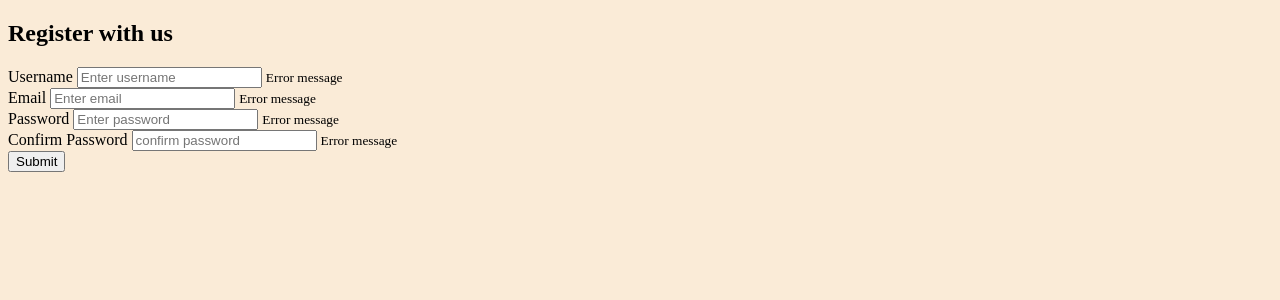
Repository: Azariagmt/Vanilla-javascript
Page: Form-Validator/index.html
An editor plug-in stored every save of this project. The page is shown before and after the next save, followed by the edit.
The browser window is 1280 px wide. The pictures show the whole page.

Above is the page before, as saved 2020-04-18 19:31:04.

### Form-Validator/index.html
<!DOCTYPE html>
<!--[if lt IE 7]>      <html class="no-js lt-ie9 lt-ie8 lt-ie7"> <![endif]-->
<!--[if IE 7]>         <html class="no-js lt-ie9 lt-ie8"> <![endif]-->
<!--[if IE 8]>         <html class="no-js lt-ie9"> <![endif]-->
<!--[if gt IE 8]><!--> <html class="no-js"> <!--<![endif]-->
    <head>
        <meta charset="utf-8">
        <meta http-equiv="X-UA-Compatible" content="IE=edge">
        <title>Form Validator</title>
        <meta name="description" content="">
        <meta name="viewport" content="width=device-width, initial-scale=1">
        <link rel="stylesheet" href="style.css">
    </head>
    <body>
        <!--[if lt IE 7]>
            <p class="browsehappy">You are using an <strong>outdated</strong> browser. Please <a href="#">upgrade your browser</a> to improve your experience.</p>
        <![endif]-->

        <div class="container">
            <form action="" id="form" class="form">
                <h2> Register with us   </h2>
                <div class="form-control">
                    <label for="username">Username</label>
                    <input type="text" id="username" placeholder="Enter username">
                    <small> Error message</small>
                </div>
                <div class="form-control">
                    <label for="email">Email</label>
                    <input type="text" id="email" placeholder="Enter email">
                    <small> Error message</small>
                </div>
                <div class="form-control">
                    <label for="password">Password</label>
                    <input type="password" id="password" placeholder="Enter password">
                    <small> Error message</small>
                </div>
                <div class="form-control">
                    <label for="confirm">Confirm Password</label>
                    <input type="password" id="confirm" placeholder="confirm password">
                    <small> Error message</small>
                </div>
                <button>Submit</button>
            </form>
        </div>
        <script src="script.js" async defer></script>
    </body>
</html>

### Form-Validator/style.css

*{
    box-sizing: border-box;
}

body{
    background-color: antiquewhite;
    font-family: '' ;
}

Loaded but not shown: Form-Validator/script.js (no copy from this time; the picture is the same without it)

After the next save:
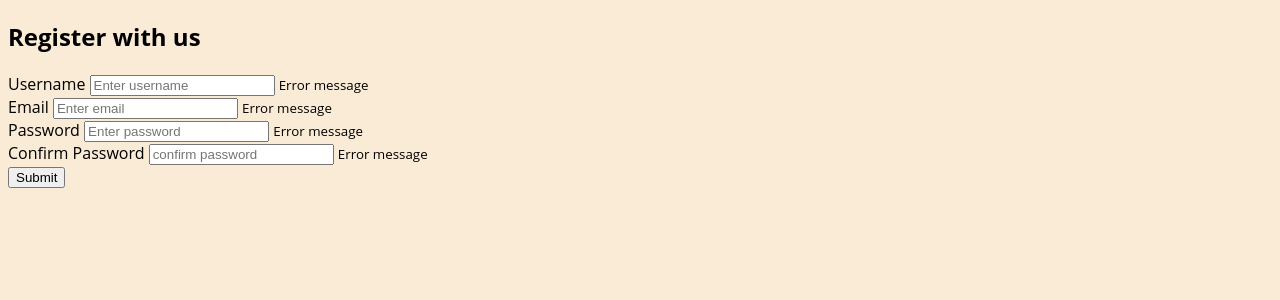
Saved 4 s later.
--- a/Form-Validator/style.css
+++ b/Form-Validator/style.css
@@ -5,5 +5,5 @@
 
 body{
     background-color: antiquewhite;
-    font-family: '' ;
+    font-family: 'Open Sans' ;
 }
